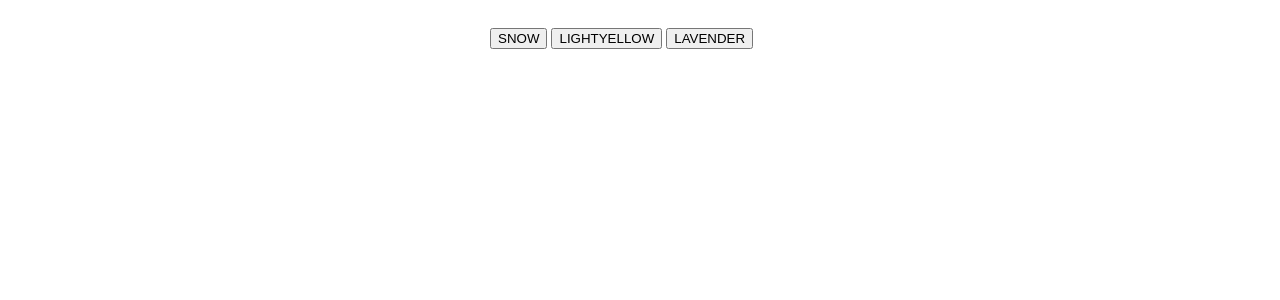
Repository: wjsjsn/23_webstudy
Page: 03_javascript/src/main/webapp/day02/Ex16_event.html
The author's editor kept a copy of each file at every save. The page is drawn from the files as they stood at one save, then again after the next save.
The browser window is 1280 px wide. The pictures show the whole page.

Above is the page before, as saved 2023-06-28 06:48:18.

After the next save:
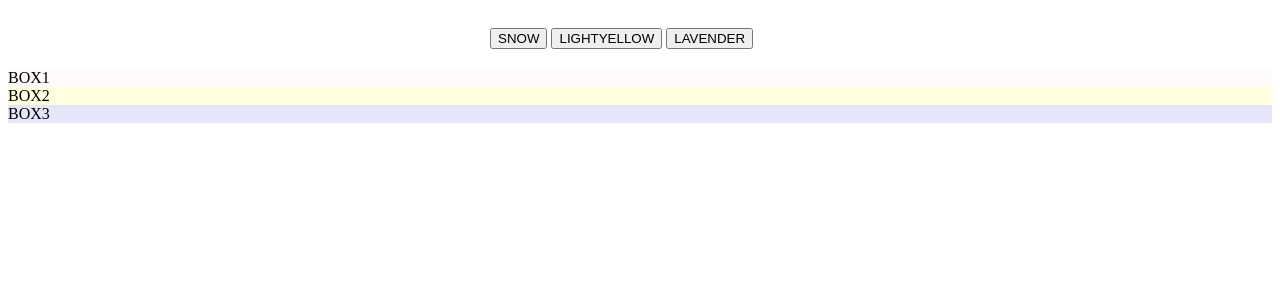
Saved 81 s later.
--- a/03_javascript/src/main/webapp/day02/Ex16_event.html
+++ b/03_javascript/src/main/webapp/day02/Ex16_event.html
@@ -10,5 +10,8 @@
 		<button onclick="setLightYellow()">LIGHTYELLOW</button>
 		<button onclick="setLavender()">LAVENDER</button>
 	</div>
+	<div class="box" id="box1" style="background-color: snow">BOX1</div>
+	<div class="box" id="box2" style="background-color: lightyellow">BOX2</div>
+	<div class="box" id="box3" style="background-color: lavender">BOX3</div>
 </body>
 </html>
